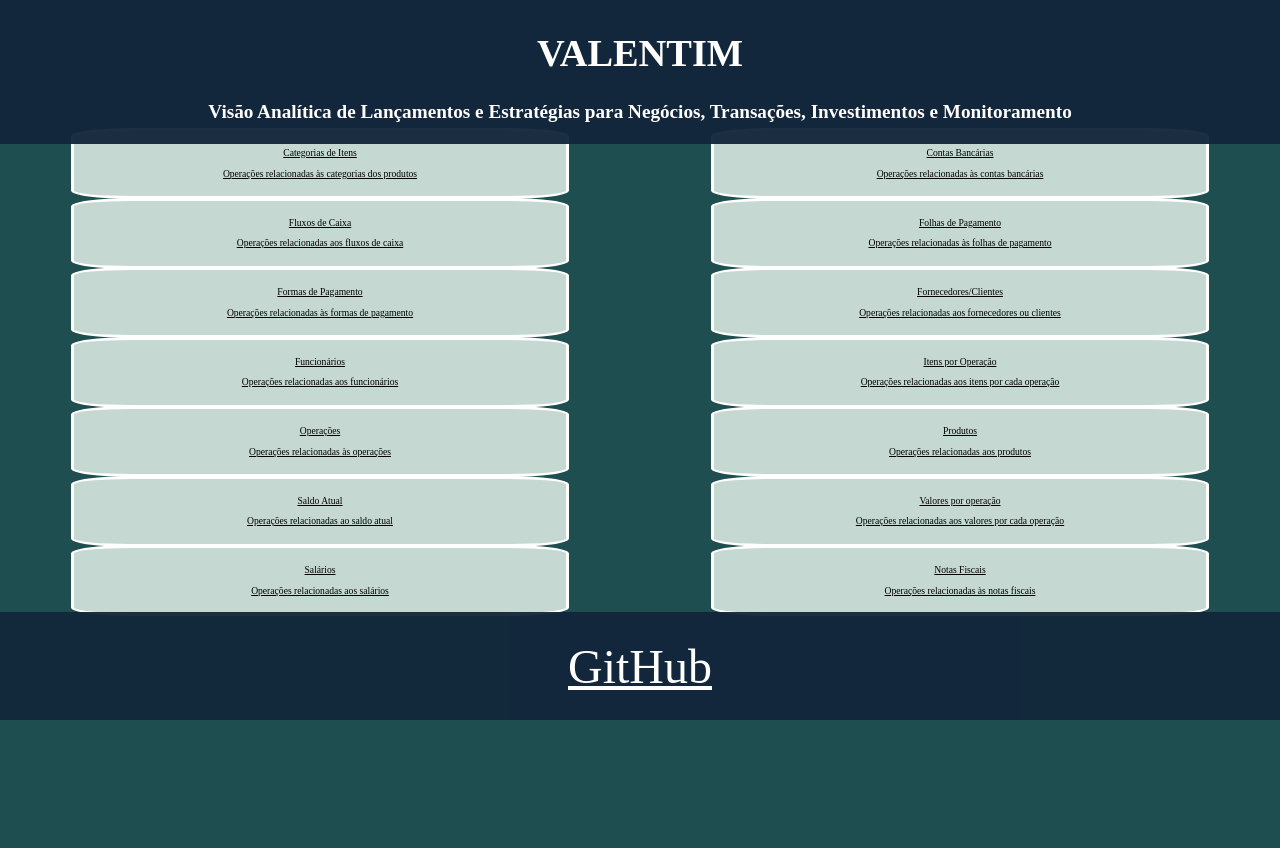
Repository: Matheus-Lacerda009/ERP-Financeiro
Page: Front/menu/menu.html
The author's editor kept a copy of each file at every save. The page is drawn from the files as they stood at one save, then again after the next save.
The browser window is 1280 px wide. The pictures show the whole page.

Above is the page before, as saved 2026-07-13 19:20:28.

### Front/menu/menu.html
<!DOCTYPE html>
<html lang="en">
<head>
    <meta charset="UTF-8">
    <meta name="viewport" content="wclassth=device-wclassth, initial-scale=1.0">
    <link rel="stylesheet" href="menu.css">
    <title>Document</title>
</head>
<body>
    <header>
        <h1>VALENTIM</h1>
        <h2>Visão Analítica de Lançamentos e Estratégias para Negócios, Transações, Investimentos e Monitoramento</h2>
    </header>
    <main>
        <div class="container">
            <a href="../categoria_item/categoria_item.html" class="links">
                <div class="divEntidades">
                    <p>Categorias de Itens</p>
                    <p>Operações relacionadas às categorias dos produtos</p>
                </div>
            </a>
            <a href="../conta_bancaria/conta_bancaria.html" class="links">
            <div class="divEntidades">
                <p>Contas Bancárias</p>
                <p>Operações relacionadas às contas bancárias</p>
            </div>
            </a>
            <a href="../fluxo_caixa/fluxo_caixa.html" class="links">
            <div class="divEntidades">
                <p>Fluxos de Caixa</p>
                <p>Operações relacionadas aos fluxos de caixa</p>
            </div>
            </a>
            <a href="../folha_pagamento/folha_pagamento.html" class="links">
            <div class="divEntidades">
                <p>Folhas de Pagamento</p>
                <p>Operações relacionadas às folhas de pagamento</p>
            </div>
            </a>
            <a href="../forma_pagamento/forma_pagamento.html" class="links">
            <div class="divEntidades">
                <p>Formas de Pagamento</p>
                <p>Operações relacionadas às formas de pagamento</p>
            </div>
            </a>
            <a href="../fornecedor_cliente/fornecedor_cliente.html" class="links">
            <div class="divEntidades">
                <p>Fornecedores/Clientes</p>
                <p>Operações relacionadas aos fornecedores ou clientes</p>
            </div>
            </a>
            <a href="../funcionario/funcionario.html" class="links">
            <div class="divEntidades">
                <p>Funcionários</p>
                <p>Operações relacionadas aos funcionários</p>
            </div>
            </a>
            <a href="../itens_operacao/itens_operacao.html" class="links">
            <div class="divEntidades">
                <p>Itens por Operação</p>
                <p>Operações relacionadas aos itens por cada operação</p>
            </div>
            </a>
            <a href="../operacao/operacao.html" class="links">
            <div class="divEntidades">
                <p>Operações</p>
                <p>Operações relacionadas às operações</p>
            </div>
            </a>
            <a href="../produtos/produtos.html" class="links">
            <div class="divEntidades">
                <p>Produtos</p>
                <p>Operações relacionadas aos produtos</p>
            </div>
            </a>
            <a href="../saldoAtual/saldoAtual.html" class="links">
            <div class="divEntidades">
                <p>Saldo Atual</p>
                <p>Operações relacionadas ao saldo atual</p>
            </div>
            </a>
            <a href="../valor_pVenda/valor_pVenda.html" class="links">
            <div class="divEntidades">
                <p>Valores por operação</p>
                <p>Operações relacionadas aos valores por cada operação</p>
            </div>
            </a>
            <a href="../valor_salario/valor_salario.html" class="links">
            <div class="divEntidades">
                <p>Salários</p>
                <p>Operações relacionadas aos salários</p>
            </div>
            </a>
            <a href="../notaFiscal/nota_fiscal.html" class="links">
            <div class="divEntidades">
                <p>Notas Fiscais</p>
                <p>Operações relacionadas às notas fiscais</p>
            </div>
            </a>
        </div>
    </main>
    <footer>
        <a href="https://github.com/Matheus-Lacerda009/ERP-Financeiro.git" id="github">GitHub</a>
    </footer>
</body>
</html>

### Front/menu/menu.css
header{
    position: fixed;
    top: 0;
    left: 0;
    width: 100%;
    height: 20%;
    background-color: #12263af3;
    z-index: 1;
    text-align: center;
    align-content: center;
}

footer{
    position: fixed;
    bottom: 0;
    left: 0;
    width: 100%;
    height: 15%;
    background-color: #12263af3;
    text-align: center;
    align-content: center;
}

#github{
    color: white;
    font-size: 300%;
}

header, h1{
    font-size: 300%;
    color: white;
    font-size: 3vw;
}

header, h2{
    color: white;
    font-size: 1.5vw;
}

body{
    margin: 0;
    padding: 0;
    background-color: #1f4e50;
}

.container{
    height: 100vh;
    width: 100%;
    margin-top: 10%;
    box-sizing: border-box;
    display: grid;
    grid-template-columns: repeat(2, 7fr);
    align-content: start;
}

.divEntidades{
    height: 75%;
    width: 75%;
    background-color: #C5D8D1;
    text-align: center;
    padding: 1%;
    margin: auto;
    background-color: #C5D8D1;
    border: 3px solid white;
    border-radius: 12%;
    color: black;
    font-size: .75vw;
}

.links{
    color: black;
}

After the next save:
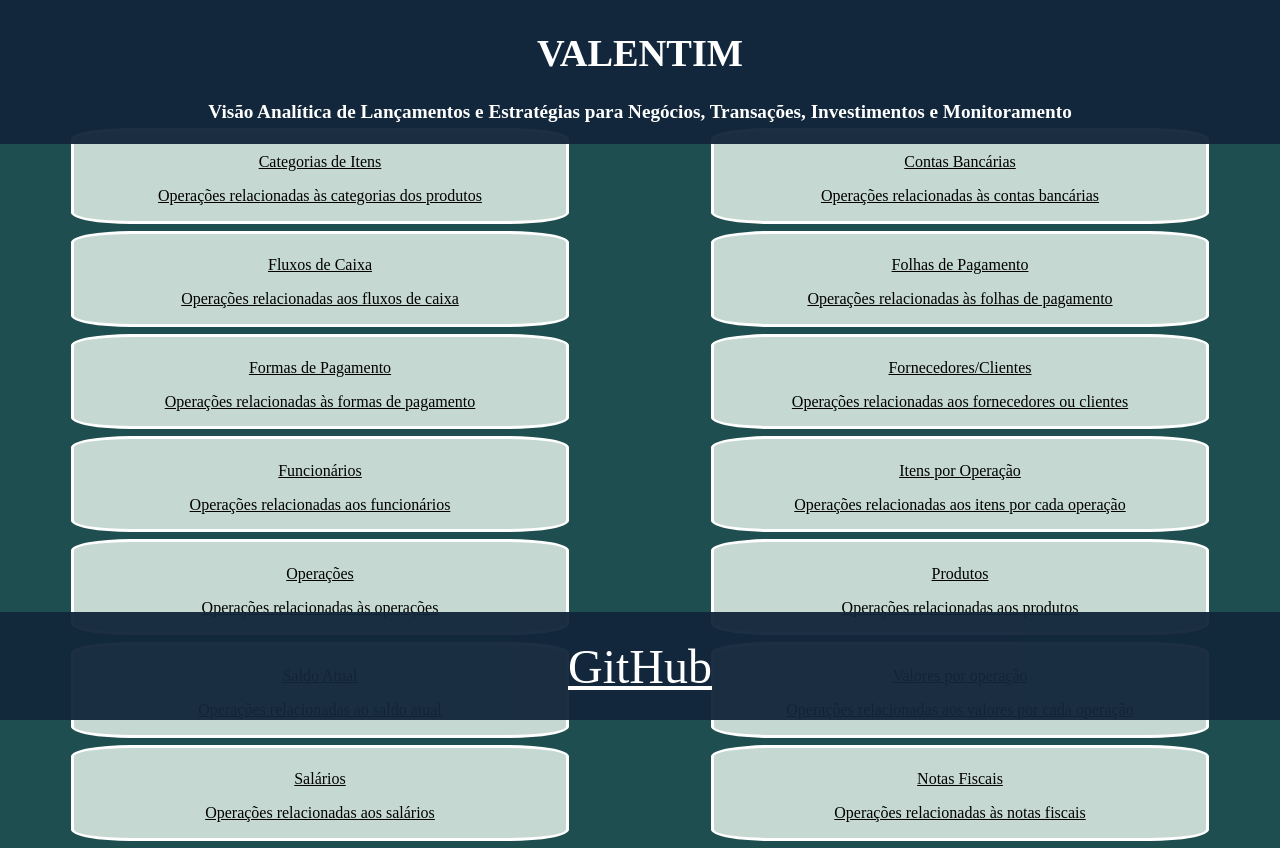
Saved 5 s later.
--- a/Front/menu/menu.css
+++ b/Front/menu/menu.css
@@ -56,7 +56,6 @@ body{
 .divEntidades{
     height: 75%;
     width: 75%;
-    background-color: #C5D8D1;
     text-align: center;
     padding: 1%;
     margin: auto;
@@ -64,7 +63,6 @@ body{
     border: 3px solid white;
     border-radius: 12%;
     color: black;
-    font-size: .75vw;
 }
 
 .links{
